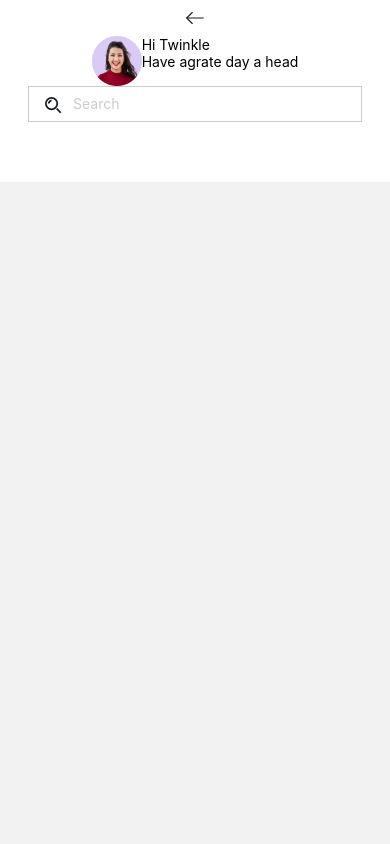
Repository: tungcutte35/TH_ReactNative_Tuan7
Screen: /Todos
These files come from the project's save history. The screen is drawn as it stood at one moment and after the next save; the edit follows.
The app was drawn by React Native's web renderer in a window 390 px wide. The project was rebuilt for these pictures with package versions that can differ from the ones it lists, and the page was loaded fresh each time.

Above is the screen before, as saved 2023-10-30 16:58:56.

### App.js
import { NavigationContainer } from "@react-navigation/native";
import { createNativeStackNavigator } from "@react-navigation/native-stack";

import { StatusBar } from "expo-status-bar";
import { StyleSheet, Text, View } from "react-native";
import Home from "./components/Home";
import Todos from "./components/Todos";

export default function App() {
  const Stack = createNativeStackNavigator();
  return (
    <NavigationContainer>
      <Stack.Navigator>
        <Stack.Screen
          name="Home"
          component={Home}
          options={{
            headerShown: false,
          }}
        />
        <Stack.Screen
          name="Todos"
          component={Todos}
          options={{
            headerShown: false,
          }}
        />
      </Stack.Navigator>
    </NavigationContainer>
  );
}

const styles = StyleSheet.create({
  container: {
    flex: 1,
    backgroundColor: "#fff",
    alignItems: "center",
    justifyContent: "center",
  },
});

### components/Home.js
import React from "react";
import {
  Image,
  Pressable,
  StyleSheet,
  Text,
  TextInput,
  View,
} from "react-native";
import { Img } from "../assets/img.png";
const Home = ({ navigation }) => {
  return (
    <View style={styles.container}>
      <View style={styles.img}>
        <Image style={styles.img} source={require("../assets/img.png")} />
      </View>
      <Text style={styles.text}> MANAGE YOUR TASK</Text>
      <View style={styles.viewInput}>
        <TextInput placeholder="Enter your name" style={styles.input} />
        <Image style={styles.img1} source={require("../assets/Frame.svg")} />
      </View>
      <Pressable
        style={styles.btn}
        onPress={() => navigation.navigate("Todos")}
      >
        <Text style={styles.text1}>GET STARTED</Text>
      </Pressable>
    </View>
  );
};

const styles = StyleSheet.create({
  container: {
    flex: 1,
    justifyContent: "center",
    alignItems: "center",
    backgroundColor: "#fff",
  },
  img: {
    marginBottom: 42,
    width: 271,
    height: 271,
  },
  img1: {
    width: 20,
    height: 20,
    position: "absolute",
    top: 9,
    left: 15,
  },
  text: {
    fontSize: 24,
    color: "rgba(131, 83, 226, 1)",
    fontWeight: 700,
    maxWidth: 200,
    textAlign: "center",
    marginBottom: 60,
  },
  viewInput: {
    marginHorizontal: 27,
    marginBottom: 60,
  },
  input: {
    paddingLeft: 44,
    paddingRight: 166,
    paddingTop: 8,
    paddingBottom: 9,
    border: "1px solid #ccc",
    color: "#ccc",
    width: 334,
  },
  btn: {
    backgroundColor: "rgba(0, 189, 214, 1)",
    paddingHorizontal: 30,
    paddingVertical: 9,
    borderRadius: 10,
  },
  text1: {
    color: "#fff",
    fontSize: 18,
  },
});
export default Home;

### components/Todos.js
import React from "react";
import { TextInput } from "react-native";
import { Image, StyleSheet, Text, View } from "react-native";

const Todos = () => {
  return (
    <View style={styles.container}>
      <Image style={styles.img1} source={require("../assets/btnBack.svg")} />
      <View style={styles.view1}>
        <Image style={styles.img2} source={require("../assets/avt.png")} />

        <View style={styles.vText}>
          <Text style={styles.text1}>Hi Twinkle</Text>
          <Text style={styles.text2}>Have agrate day a head</Text>
        </View>
      </View>
      <View style={styles.viewInput}>
        <TextInput placeholder="Search" style={styles.input} />
        <Image style={styles.img3} source={require("../assets/search.svg")} />
      </View>
    </View>
  );
};
const styles = StyleSheet.create({
  container: {
    // flex: 1,
    backgroundColor: "#fff",
    alignItems: "center",
    justifyContent: "center",
  },
  view1: {
    flexDirection: "row",
  },
  img1: {
    width: 36,
    height: 36,
  },
  img3: {
    width: 20,
    height: 20,
    position: "absolute",
    top: 9,
    left: 15,
  },

  viewInput: {
    marginHorizontal: 27,
    marginBottom: 60,
  },
  input: {
    paddingLeft: 44,
    paddingRight: 166,
    paddingTop: 8,
    paddingBottom: 9,
    border: "1px solid #ccc",
    color: "#ccc",
    width: 334,
  },
});
export default Todos;

After the next save:
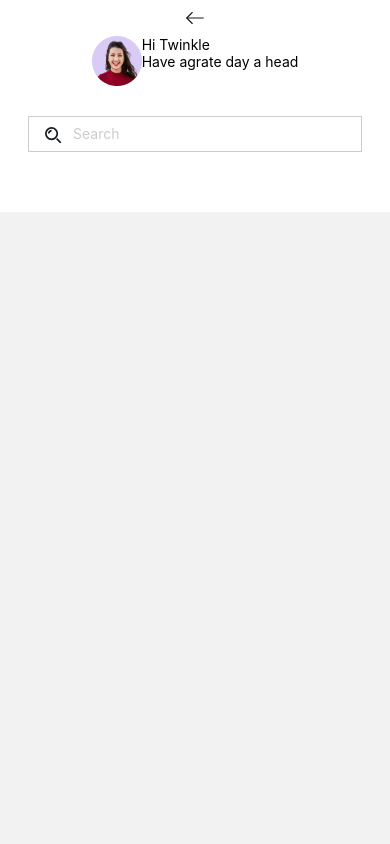
Saved 14 s later.
--- a/components/Todos.js
+++ b/components/Todos.js
@@ -30,6 +30,7 @@ const styles = StyleSheet.create({
   },
   view1: {
     flexDirection: "row",
+    marginBottom: 30,
   },
   img1: {
     width: 36,
